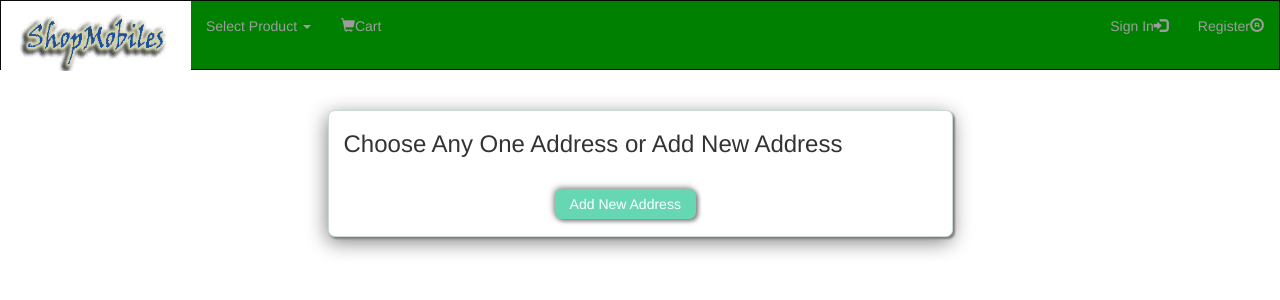
Repository: KoustabhBiswas/Final-Ecommerce-Project
Page: http://localhost/ecommerce1/WEB-INF/views/address.jsp
These files come from the project's save history. The page is drawn as it stood at one moment and after the next save; the edit follows.
The browser window is 1280 px wide. The pictures show the whole page.
Some web libraries are served in a nearby version. The page is served by Tomcat 9. Nobody is signed in. Other server files are loaded and not shown. The template is opened directly, without the code that normally fills it, so the values that code supplies are empty.

Above is the page before, as saved 2017-09-17 12:18:01.

### Final Ecommerce Project/Ecommerce_Project-master/project/ecommerce1/src/main/webapp/WEB-INF/views/address.jsp
<%@ page language="java" contentType="text/html; charset=ISO-8859-1"
	pageEncoding="ISO-8859-1" isELIgnored="false"%>
<%@ taglib uri="http://java.sun.com/jsp/jstl/core" prefix="c"%>
<%@ taglib uri="http://www.springframework.org/tags/form" prefix="form" %>
<!DOCTYPE html PUBLIC "-//W3C//DTD HTML 4.01 Transitional//EN" "http://www.w3.org/TR/html4/loose.dtd">
<html>
<head>
<meta http-equiv="Content-Type" content="text/html; charset=ISO-8859-1">
<title>Insert title here</title>
<link rel="stylesheet"
	href="https://cdnjs.cloudflare.com/ajax/libs/font-awesome/4.7.0/css/font-awesome.min.css">

<link rel="stylesheet"
	href="https://maxcdn.bootstrapcdn.com/bootstrap/3.3.7/css/bootstrap.min.css">
<script src="https://ajax.googleapis.com/ajax/libs/jquery/3.2.1/jquery.min.js">
<script
	 src="https://maxcdn.bootstrapcdn.com/bootstrap/3.3.7/js/bootstrap.min.js"></script>
</head>
<script type="text/javascript">
	$(document).ready(function(){
		$("#click").click(function(){
			$("#form").toggle(1000);
		});

	});
</script>
<style>
a {
	text-decoration: none;
}

a:hover {
	text-decoration: none;
}

.button {
	margin-left: 35%;
	margin-bottom: 4%;
	background-color: #65D7B3;
}
 .newAddr{
	background-color:#65D7B3;
	color:white;
	padding: 5px 15px 5px 15px;
	border-radius:7px;
	box-shadow:2px 2px 4px grey, -1px -1px 6px grey;
	border-style:none;
	margin-bottom: 4%;
	margin-left:8%;
}
.newAddr:hover{
	box-shadow:1px 1px 2px grey, 2px 2px 4px grey;
}
</style>
<body>
	<div class="container-fluid">
		<%@ include file="shared/navbar.jsp"%>

		<h2 style="color: red;">${addrList}</h2>
		<div class="col-md-6"
			style="margin-left: 25%; background-color: white; height: auto; border: 1px solid #c7dbd1; border-radius: 7px; box-shadow: 2px 2px 2px grey, -1px 5px 20px grey">
			<table class="table" style="border: 0px solid; margin-top: 2%;">
				<thead>

				<h3>Choose Any One Address or Add New Address</h3>
				</thead>
				<c:forEach items="${addrList1}" var="i">
					<tbody>
						<tr>
							<td style="border-top: 0px; border-bottom: 0px;"><a
								href="${pageContext.request.contextPath}/user/placeOrder/${i.id}"
								style="margin-left: 4%; color: black;"><p
										style="height: auto;">${i.shippingAddress}</p></a></td>
						</tr>
					</tbody>

				</c:forEach>
			</table>
			<div style="margin-left:30%;">
			<div id="form" style="display:none;">
				<form:form action="${pageContext.request.contextPath}/user/addAddress" method="post" modelAttribute="address" class="form-horizontal">
					<form:input path="shippingAddress" type="text" style="width : 200px;" class="form-control"/>
					<input type="submit" value="Add" class="newAddr" style="margin-left: 15%; margin-top: 2%;">
				</form:form>

			</div>

				<button id="click" class="newAddr">Add New Address</button>
				</div>
		</div>
	</div>
</body>
</html>

### Final Ecommerce Project/Ecommerce_Project-master/project/ecommerce1/src/main/webapp/WEB-INF/views/shared/navbar.jsp
<%@ page language="java" contentType="text/html; charset=ISO-8859-1"
	pageEncoding="ISO-8859-1" isELIgnored="false"%>
<%@ taglib uri="http://www.springframework.org/security/tags"
	prefix="sec"%>
<%@ taglib uri="http://java.sun.com/jsp/jstl/core" prefix="c"%>

<style>
nav {
	background-color: #1b6d85;
}
</style>

<div class="row" style="border-bottom-style: none;">
	<nav class="navbar navbar-inverse"
		style="background-color: green; border-radius: 0px; color: white; height:70px">
		<div class="container-fluid">
			<div class="navbar-header" >
				<a class="navbar-brand" href="home" style="background-color:white; height:69px"><img
					src="<c:url value="/resources/images/shopmobiles4.jpg" />" height=60px width=160px style="margin-top:-3%"></a>
			</div>
			<ul class="nav navbar-nav">

				<li class="dropdown"><a class="dropdown-toggle"
					data-toggle="dropdown" href="#">Select Product <span
						class="caret"></span></a>
					<ul class="dropdown-menu">
						<li><a href="${pageContext.request.contextPath}/samsung">Samsung</a></li>
						<li><a href="${pageContext.request.contextPath}">Nokia</a></li>
						<li><a href="#">HTC</a></li>
					</ul></li>

				<li><a href="/ecommerce1/user/view/cart"><span
						class="glyphicon glyphicon-shopping-cart"></span>Cart</a></li>

			</ul>
			<ul class="nav navbar-nav navbar-right">
				<sec:authorize access="hasAuthority('Admin')">
					<li class="dropdown"><a class="dropdown-toggle"
						data-toggle="dropdown" href="#">Admin <span class="caret"></span></a>
						<ul class="dropdown-menu">
							<li><a href="admin/product">Product</a></li>
							<li><a href="admin/supplier">Supplier</a></li>

						</ul></li>
				</sec:authorize>
				<sec:authorize access="isAnonymous()">
					<li><a href="login">Sign In<span
							class="glyphicon glyphicon-log-in"></span></a></li>
				</sec:authorize>
				<sec:authorize access="isAuthenticated()">
					<li><a href="/ecommerce1/logout">LOGOUT</a><span>${name}</span></li>
				</sec:authorize>
				<li><a href="registerpage">Register<span
						class="glyphicon glyphicon-registration-mark"></span></a>${username}</li>
			</ul>
		</div>
	</nav>
</div>

After the next save:
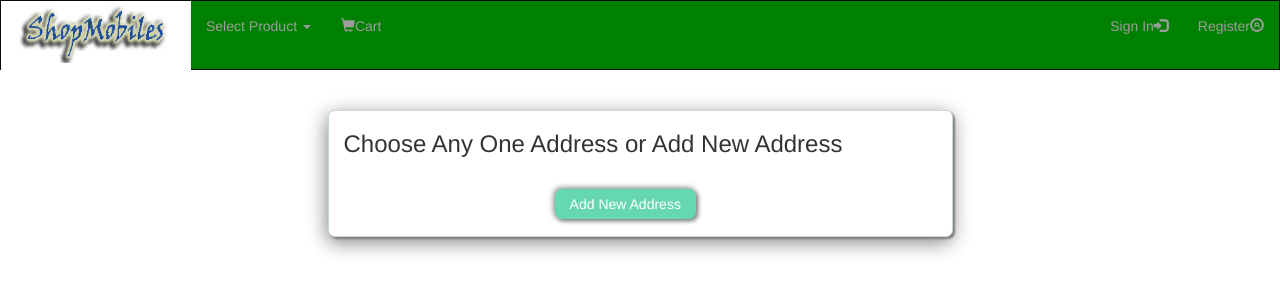
Saved 9 s later.
--- a/Final Ecommerce Project/Ecommerce_Project-master/project/ecommerce1/src/main/webapp/WEB-INF/views/shared/navbar.jsp
+++ b/Final Ecommerce Project/Ecommerce_Project-master/project/ecommerce1/src/main/webapp/WEB-INF/views/shared/navbar.jsp
@@ -16,7 +16,7 @@ nav {
 		<div class="container-fluid">
 			<div class="navbar-header" >
 				<a class="navbar-brand" href="home" style="background-color:white; height:69px"><img
-					src="<c:url value="/resources/images/shopmobiles4.jpg" />" height=60px width=160px style="margin-top:-3%"></a>
+					src="<c:url value="/resources/images/shopmobiles4.jpg" />" height=60px width=160px style="margin-top:-8%"></a>
 			</div>
 			<ul class="nav navbar-nav">
 
